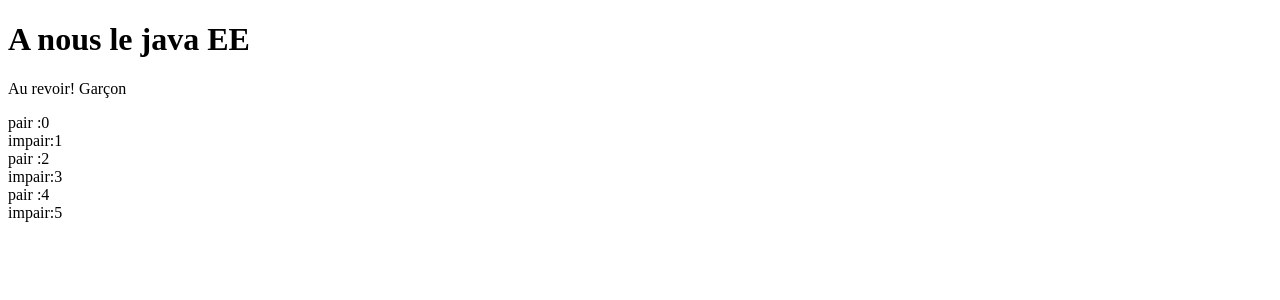
Repository: ibnadam2010/eclipse-workspace
Page: http://localhost/test/Test
The author's editor kept a copy of each file at every save. The page is drawn from the files as they stood at one save, then again after the next save.
The browser window is 1280 px wide. The pictures show the whole page.
The page is served by Tomcat 9. Other server files are loaded and not shown.

Above is the page before, as saved 2020-11-26 17:42:55.

### test/WebContent/WEB-INF/bonjour.jsp
<%@ page language="java" contentType="text/html; charset=UTF-8"
    pageEncoding="UTF-8"%>
<!DOCTYPE html>
<html>
<head>
<meta charset="ISO-8859-1">
<title>Salut</title>
</head>
<body>
<h1>A nous le java EE</h1>

<p>
	<%
	  String variable = (String) request.getAttribute("variable");
	out.println(variable);
	%>
</p>
<span>
<% for(int i = 0;i<6;i++){
	//out.println("index :"+i+"<br />");
	if (i % 2!=0){
		out.println("impair:"+i+"<br />");
	}else{
		out.println("pair :"+i+"<br />");
	}
} %>
</span>
</body>
</html>

### test/src/com/octest/servlets/Test.java
package com.octest.servlets;

import java.io.IOException;
import javax.servlet.ServletException;
import javax.servlet.annotation.WebServlet;
import javax.servlet.http.HttpServlet;
import javax.servlet.http.HttpServletRequest;
import javax.servlet.http.HttpServletResponse;


@WebServlet("/Test")
public class Test extends HttpServlet {
	private static final long serialVersionUID = 1L;


    public Test() {
        super();
        // TODO Auto-generated constructor stub
    }


	protected void doGet(HttpServletRequest request, HttpServletResponse response) throws ServletException, IOException {
		// TODO Auto-generated method stub
		String message = "Au revoir! Garçon" ;
		request.setAttribute("variable", message);
		this.getServletContext().getRequestDispatcher("/WEB-INF/bonjour.jsp").forward(request, response);
	}


	protected void doPost(HttpServletRequest request, HttpServletResponse response) throws ServletException, IOException {
		// TODO Auto-generated method stub

	}

}

After the next save:
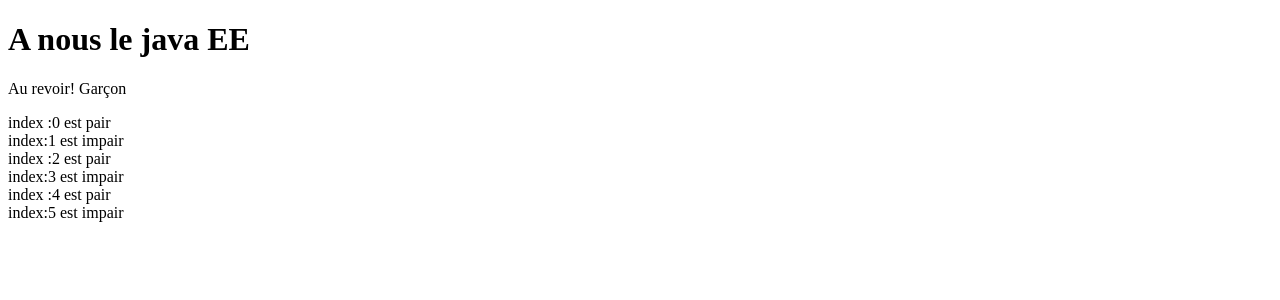
Saved 70 s later.
--- a/test/WebContent/WEB-INF/bonjour.jsp
+++ b/test/WebContent/WEB-INF/bonjour.jsp
@@ -19,9 +19,9 @@
 <% for(int i = 0;i<6;i++){
 	//out.println("index :"+i+"<br />");
 	if (i % 2!=0){
-		out.println("impair:"+i+"<br />");
+		out.println("index:"+i+" est impair"+"<br />");
 	}else{
-		out.println("pair :"+i+"<br />");
+		out.println("index :"+i+" est pair"+"<br />");
 	}
 } %>
 </span>
